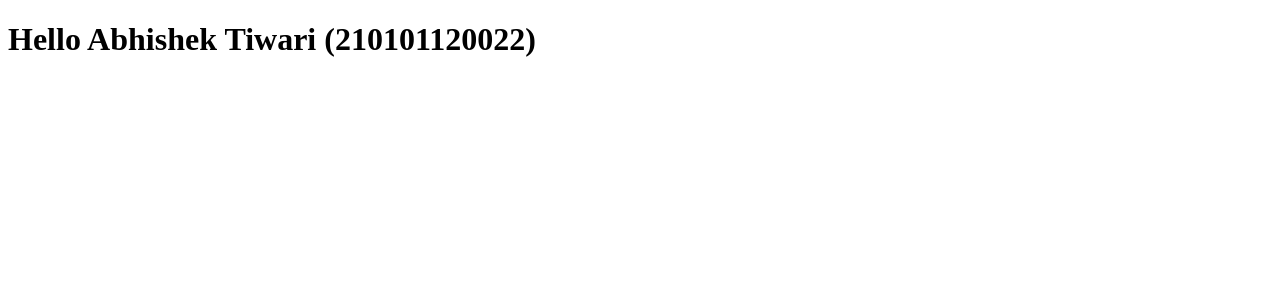
Repository: Rudra-Shiva74/JSP
Page: http://localhost/Check2/
An editor plug-in stored every save of this project. The page is shown before and after the next save, followed by the edit.
The browser window is 1280 px wide. The pictures show the whole page.
The page is served by Tomcat 10. Other server files are loaded and not shown.

Above is the page before, as saved 2023-09-03 06:24:50.

### Check2/src/main/webapp/index.jsp
<%@ page language="java" contentType="text/html; charset=UTF-8"
	pageEncoding="UTF-8"%>
<!DOCTYPE html>
<html>
<head>
<meta charset="UTF-8">
<title>Landing page</title>
</head>
<body>
	<h1>Hello Abhishek Tiwari (210101120022)</h1>
</body>
</html>

After the next save:
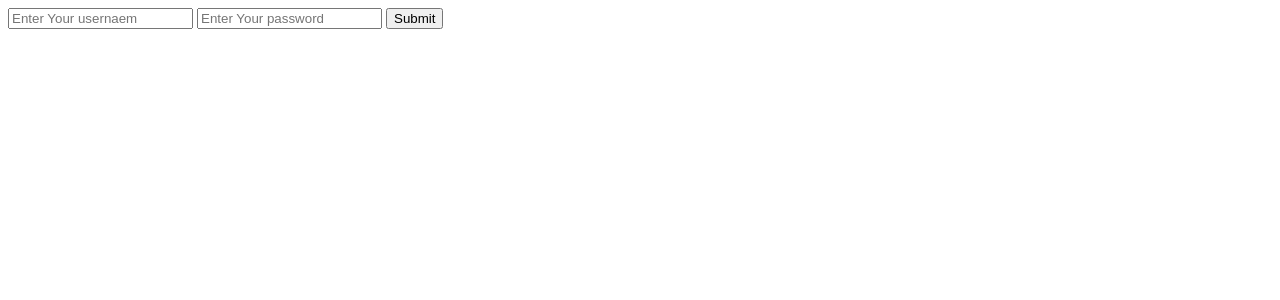
Saved 15 min 56 s later.
--- a/Check2/src/main/webapp/index.jsp
+++ b/Check2/src/main/webapp/index.jsp
@@ -4,9 +4,13 @@
 <html>
 <head>
 <meta charset="UTF-8">
-<title>Landing page</title>
+<title>Login Here</title>
 </head>
 <body>
-	<h1>Hello Abhishek Tiwari (210101120022)</h1>
+	<form action="Abhishek" method="post">
+		<input type="text" placeholder="Enter Your usernaem" name="username" />
+		<input type="password" placeholder="Enter Your password"
+			name="password" /> <input type="submit" value="Submit" />
+	</form>
 </body>
 </html>
